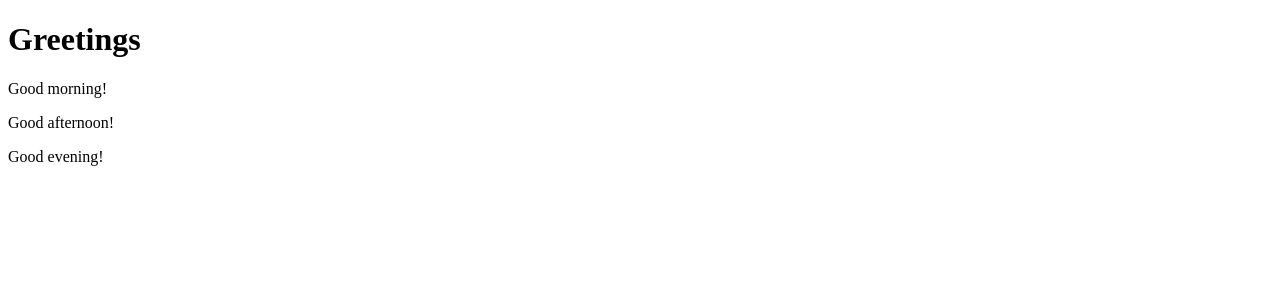
Repository: ayame-murayama/Monolist
Page: testyou.html
The author's editor kept a record of every edit. The page is drawn from the files as they stood at one moment, then again after the next edit.
The browser window is 1280 px wide. The pictures show the whole page.

Above is the page before.

### testyou.html
<!DOCTYPE html>
<html lang= "ja">
    <head>
        <meta charset="UTF-8">
        <title></title>
        <link rel="stylesheet" href="">
    </head>
    <body>
        <h1>Greetings</h1>

        <div>
          <p>
           Good morning!
          </p>
          <p>
           Good afternoon!
          </p>
          <p>
           Good evening!
          </p>
        </div>
    </body>

### testyou.css
@charset "UTF-8";

#greetings .morning {
  color: green;
}
#greetings .afternoon {
  color: red;
}
#greetings .evening {
  color: blue;
}

body {
    background-color: red;
}

After the next edit:
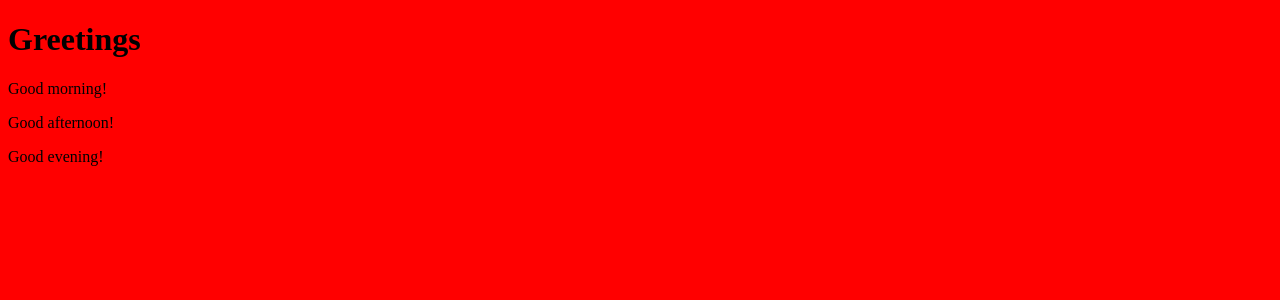
The edit:
--- a/testyou.html
+++ b/testyou.html
@@ -3,7 +3,7 @@
     <head>
         <meta charset="UTF-8">
         <title></title>
-        <link rel="stylesheet" href="">
+        <link rel="stylesheet" href="testyou.css">
     </head>
     <body>
         <h1>Greetings</h1>
